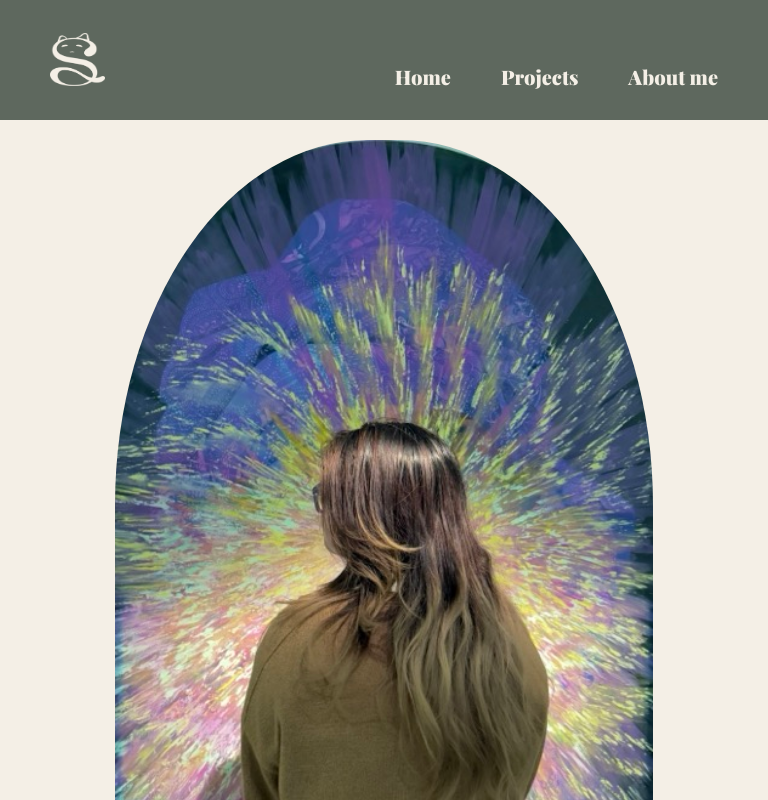
Repository: SandyLy453/portfolio
Page: /
An editor plug-in stored every save of this project. The page is shown before and after the next save, followed by the edit.
The browser window is 768 px wide. The pictures show the whole page.
An inner scrolling area shows only its first screen. The project was rebuilt for these pictures with package versions that can differ from the ones it lists, and the page was loaded fresh each time. The framework's server and built-in components were replaced by stand-ins that run in the browser. Also part of the build but not shown: next.config.mjs, modules/Footer/Footer.module.css, modules/Footer/Footer.js, modules/ProjectCard/ProjectCard.module.css, modules/ProjectCard/Projectcard.js.

Above is the page before, as saved 2025-02-17 16:49:46.

### pages/_app.js
import { useEffect } from "react";
import { useRouter } from "next/router";
import { Playfair_Display, Sen } from 'next/font/google';
import '../styles/globals.css';

const playfairDisplay = Playfair_Display({
  weight: ['400', '900'],
  style: ['normal', 'italic'],
  subsets: ['latin'],
});

const sen = Sen({
  weight: ['400', '700', '800'],
  subsets: ['latin'],
});

export default function App({ Component, pageProps }) {

  const router = useRouter();

  useEffect(() => {
    const handleRouteChangeComplete = (url) => {
        if (url.startsWith("/projects")) {
            window.location.reload();
        } else if (url.startsWith("/project")) {
          window.location.reload();
        }
    };

    router.events.on("routeChangeComplete", handleRouteChangeComplete);

    return () => {
        router.events.off("routeChangeComplete", handleRouteChangeComplete);
    };
}, [router]);


  return (
    <main className={`${playfairDisplay.className} ${sen.className}`}>
      <Component {...pageProps} />
    </main>
  )
}

### pages/_document.js
import { Html, Head, Main, NextScript } from "next/document";


export default function Document() {
  return (
    <Html lang="en">
      <Head>
        <title>San San's Tea Room</title>
        <link rel="icon" href="/favicon.ico" />

        <link rel="preconnect" href="https://fonts.googleapis.com" />
        <link rel="preconnect" href="https://fonts.gstatic.com" crossorigin="anonymous" />
        <link
          href="https://fonts.googleapis.com/css2?family=Playfair+Display:wght@400;900&family=Sen:wght@400;700;800&display=swap"
          rel="stylesheet"
        />
      </Head>
      <body>
        <Main />
        <NextScript />
      </body>
    </Html>
  );
}

### pages/index.js
import Image from "next/image";
import Link from "next/link";
import styles from "@/styles/Home.module.css";
import { useState, useEffect } from "react";
import Header from "@/modules/Header/Header";
import Footer from "@/modules/Footer/Footer";
import ProjectCard from "@/modules/ProjectCard/Projectcard";
import ShowCase from "@/modules/ShowCase/ShowCase";

export default function Home() {

  const projects = [
    {
      photos: ["/aether-cover.png"],
      alt: "Aether cover",
      title: "Aether",
      description: "Case Study - A AI-powered form-filling app",
      date: "September 2024 - December 2024",
      link: "/projects/Aether",
    },
    {
      photos: ["/post1.png", "/post2.png", "/post3.png"],
      alt: "Poster slides show",
      title: "Poster design",
      description:
        "Product design - Series of posters based on the anime/ manga Detective Conan.",
      date: "December 2024",
      link: "/projects/Poster",
    },
    {
      photos: ["/can1.png", "/can2.png", "/can3.png"],
      alt: "Can design slide show",
      title: "DiLo Tea Can",
      description: "Product design - Tea Can",
      date: "November 2024",
      link: "/projects/CanDesign",
    },
    {
      photos: ["/mockup2.png"],
      alt: "Magazine cover",
      title: "Magazine",
      description: "Magazine design - An architectural magazine",
      date: "November 2024",
      link: "/projects/Magazine",
    },
    {
      photos: ["/clotho.png"],
      alt: "Clotho app",
      title: "Clotho",
      description: "Clotho - A closet organize app",
      date: "March 2024 - May 2024",
      link: "/projects/Clotho",
    },
    {
      photos: ["/cam.png"],
      alt: "Camera vector graphic",
      title: "Mechanical Object Vector Graphic",
      description: "Using vector to draw mechanical objects",
      date: "December 2023",
      link: "/projects/MechanicalObject",
    },
  ];

  const [visibleProjects, setVisibleProjects] = useState(6);

  const roles = ["UX/UI Designer", "Digital Designer", "Web Developer"];
  const [text, setText] = useState("");
  const [index, setIndex] = useState(0);
  const [charIndex, setCharIndex] = useState(0);
  const [deleting, setDeleting] = useState(false);

  useEffect(() => {
    const currentRole = roles[index];

    let timeout;

    if (deleting) {
      timeout = setTimeout(() => {
        setText(currentRole.substring(0, charIndex - 1));
        setCharIndex((prev) => prev - 1);
      }, 50);
    } else {
      timeout = setTimeout(() => {
        setText(currentRole.substring(0, charIndex + 1));
        setCharIndex((prev) => prev + 1);
      }, 100);
    }

    if (!deleting && charIndex === currentRole.length) {
      setTimeout(() => setDeleting(true), 1000);
    } else if (deleting && charIndex === 0) {
      setDeleting(false);
      setIndex((prevIndex) => (prevIndex + 1) % roles.length);
    }

    return () => clearTimeout(timeout);
  }, [charIndex, deleting, index, roles]);

  return (
    <>
      <Header/>

      <main className={styles.main}>
        <div className={styles.top}>
          <div className={styles.image}>
            <Image src={'/cover.jpeg'} alt="cover photo" className={styles.coverPhoto} width={300} height={420} />
          </div>

          <div className={styles.info}>
            <p className={styles.role}>Hello!</p>
            <p className={styles.role}>I am <span className={styles.name}>Sandy</span>, a</p>
            <p className={styles.role}>
              {text}
              <span className={styles.cursor}>|</span>
            </p>
            <Image src={'/hi.GIF'} alt="greeting gif" className={styles.gif} width={294} height={129} />
          </div>
        </div>

        <ShowCase/>

        <div className={styles.sectionBreaker}>
          <span> Let's connect! </span>
        </div>

        <div className={styles.connect}>
          <Link
            className={styles.link}
            href={"mailto:sandy.lyth453@gmail.com"}
            target="_blank"
          >
            <p className={styles.connectInfo}>Email</p>
          </Link>
          <Link
            className={styles.link}
            href={"https://www.instagram.com/sansan_lyth?igsh=MThxOTR1ZTlyY3R1dw%3D%3D&utm_source=qr"}
            target="_blank"
          >
            <p className={styles.connectInfo}>Instagram</p>
          </Link>
          <Link
            className={styles.link}
            href={"https://www.linkedin.com/in/boisan-sandy-ly/"}
            target="_blank"
          >
            <p className={styles.connectInfo}>LinkedIn</p>
          </Link>
          <Link
            className={styles.link}
            href={"/Sandy_Ly_Resume.pdf"}
            target="_blank"
          >
            <p className={styles.connectInfo}>Resume</p>
          </Link>
        </div>
      </main>

      <footer className={styles.footer}>
        <p className={styles.copyright}>© Made by Sandy Ly • 2025</p>
      </footer>
    </>
  );
}

### styles/globals.css
:root {
  --mauveMorn: #ecd6d6;
  --mauveShadow: #B59BA6;
  --moss: #5E7975;
  --brightWhite: #f5f7f6;
  --white: #fff;

  --spaBlue: #D3DEDF;
  --forest: #5E685E;
  --midnight: #3D4D55;
  --stormCloud: #676767;
  --cream: #f4EFE6;
  --cloud: #FEFCF6;
}

html,
body {
  padding: 0;
  margin: 0;
  background-color: #f5f7f6;
  width: 100vw;
  height: 100vh;
  overflow-x: hidden;
  scroll-behavior: auto;

  font-family: "Playfair Display", serif;
  font-optical-sizing: auto;
  color: var(--stormCloud);
  cursor: url('/hehe.webp') 16 16, auto;
}

header {
  margin: 0;
  padding: 0;
  box-sizing: border-box;
}

* {
  margin: 0;
  padding: 0;
  box-sizing: border-box; /* Reset styles for all elements */
}

h1, h2, h3, h4, h5, span {
  font-family: "Playfair Display", serif;
}

a, button {
  cursor: url('/haha.webp') 16 16, pointer;
}

### styles/Home.module.css
.page {
  margin: 0;
  padding: 0;
}

.main {
  min-height: 100vh;
  width: 70vw;
  margin: auto;
  margin-top: 0;
  margin-top: 120px;
}

.top {
  width: 100%;
  min-height: 480px;
  background-color: var(--cream);
  align-items: center;
  display: flex;
  flex-direction: row;
  padding: 0;
  flex-wrap: wrap;
  justify-content: center;
}

.coverPhoto {
  border-radius: 47% 47% 0 0;
  margin: 0 6rem;
  position: relative;
  bottom: -30px;
}

.info {
  text-align: center;
  margin-top: 100px;
  width: 30vw;
}

.name {
  font-size: 54px;
  color: #C69491;
  font-weight: 600;
  font-family: "Playfair Display", serif;
}

.role {
  font-size: 44px;
  color: #7D9094;
  font-weight: 500;
}

.loca {
  font-size: 20px;
  color: #7D9094;
  padding-top: 10px;
}

.gif {
  position: relative;
  bottom: -36px;
}


.sectionBreaker {
  display: flex;
  align-items: center;
  justify-content: center;
  margin: 40px 0;
  position: relative;
}

.sectionBreaker::before,
.sectionBreaker::after {
  content: "";
  flex: 1;
  height: 2px;
  background: #d3d3d3;
  margin: 0;
}

.sectionBreaker span {
  color: #7D9094;
  margin: 0 10px;
  font-size: 20px;
  font-style: italic;
}

.pjSection {
  display: flex;
  flex-direction: row;
  flex-wrap: wrap;
  justify-content:space-between;
  align-items: flex-start;
  margin: 0 auto;
  margin-bottom: 50px;
  gap: 1rem;
  max-width: 1350px;
}

.connect {
  margin-bottom: 200px;
}

.link {
  text-decoration: none;
  color: var(--mauveShadow);
  width: 100%;
  font-weight: 500;
}

.link:hover {
  color: var(--forest);
  font-weight: 900;
}

.connectInfo {
  font-size: 54px;
  margin: 20px 0;
  font-family: "Playfair Display", serif;
  position: relative;
  display: inline-block;
  padding: 10px 20px;
  text-decoration: none;
  width: 100%;
  overflow: hidden;
  transition: color 0.3s ease-in-out, font-weight 0.3s ease-in-out;
  font-weight: 500;
}

/* Background gradient effect */
.connectInfo::before {
  content: "";
  position: absolute;
  top: 0;
  left: -100%;
  width: 100%;
  height: 100%;
  background: linear-gradient(to right, rgba(0, 0, 0, 0.1), rgba(0, 0, 0, 0.3));
  transition: left 0.4s ease-in-out;
  z-index: -1; /* Ensure background does not cover text */
}

/* Make background visible when hovering */
.connectInfo:hover::before,
.connectInfo:active::before {
  left: 0;
}

/* Text color and weight on hover */
.connectInfo:hover {
  color: var(--forest); /* Hover text color */
  font-weight: 900;
}

/* Arrow effect */
.connectInfo::after {
  content: " →";
  opacity: 0;
  position: absolute;
  right: 10px;
  top: 50%;
  transform: translateY(-50%);
  transition: opacity 0.3s ease-in-out, transform 0.3s ease-in-out;
  color: var(--forest); /* Match hover color */
}

/* Show arrow and move slightly right when hovering */
.connectInfo:hover::after,
.connectInfo:active::after {
  opacity: 1;
  transform: translate(8px, -50%);
}


.footer {
  margin-bottom: 20px;
}

.copyright {
  text-align: center;
  font-style: italic;
  color: var(--forest);
  width: 100%;
}





@media screen and (max-width: 1460px) {
  .pjSection {
    gap: 20px;
  }

  .main {
    width: 80vw;
  }

  .coverPhoto {
    margin: 0 1rem;
    bottom: -32px;
  }

  .info {
    margin-top: 50px;
  }

  .gif {
    bottom: -6.4rem;
  }

  .name {
    font-size: 36px;
  }

  .role {
    font-size: 20px;
  }

  .loca {
    font-size: 18px;
  }

  .pjSection {
    gap: 15px;
    justify-content: center;
  }
}



@media screen and (max-width: 768px) {
  .main {
    width: 100vw;
  }

  .coverPhoto {
    margin: 0 auto;
    bottom: -20px;
    width: 70vw;
    height: auto;
  }

  .info {
    margin-top: 50px;
    width: 90vw;
  }

  .name {
    font-size: 36px;
  }

  .role {
    font-size: 20px;
  }

  .loca {
    font-size: 18px;
  }

  .pjSection {
    gap: 15px;
    justify-content: center;
  }

  .gif {
    position: relative;
    bottom: -4px;
    margin-top: 10px;
  }
}

### modules/Header/Header.js
import Image from "next/image";
import Link from "next/link";
import styles from './Header.module.css'
import { useState, useRef } from "react";

export default function Header () {
    const audioRef = useRef(null);
    const [menuOpen, setMenuOpen] = useState(false);

    const playSound = () => {
        if (audioRef.current) {
            audioRef.current.currentTime = 0;
            audioRef.current.play().catch(error => console.log("Audio playback error:", error));
        }
    };

    return (
        <header className={styles.header}>
            <div className={styles.logo}>
                <Link href={'/'}>
                    <Image
                        src={'/logo.png'}
                        alt="logo"
                        className={styles.logo}
                        width={55}
                        height={53}
                        onMouseEnter={playSound}
                    />
                </Link>
            </div>

            {/* Full menu for large screens */}
            <nav className={`${styles.menu} ${menuOpen ? styles.menuOpen : ""}`}>
                <p className={styles.menuOption}><Link href={'/'} className={styles.link}>Home</Link></p>
                <p className={styles.menuOption}><Link href={'/project'} className={styles.link}>Projects</Link></p>
                <p className={styles.menuOption}><Link href={'/about'} className={styles.link}>About me</Link></p>
            </nav>

            {/* Hamburger Menu Icon (Only visible on small screens) */}
            <button className={styles.hamburger} onClick={() => setMenuOpen(!menuOpen)}>
                <Image
                    src={'/menuIcon.png'}
                    alt="Menu"
                    width={40}
                    height={40}
                />
            </button>

            <audio ref={audioRef} src="/cat.wav" preload="auto"></audio>
        </header>
    )
}

### modules/ShowCase/ShowCase.js
import Image from "next/image";
import { useState, useEffect, useRef } from "react";
import styles from './ShowCase.module.css';
import Link from "next/link";

export default function ShowCase() {
    const tags = ["Me", "UX/UI", "Graphic"];
    const images = {
        "Me": "/me.png",
        "UX/UI": "/uxui.png",
        "Graphic": "/3can.png",
    };
    const bigText = ["Sandy", "App Design", "Graphic Design"];
    const smallText = [
        "",
        "",
        ""
    ];
    const linkPath = ["/about", "/project", "/project"];
    const linkText = ["About Me →", "See More Project →", "See More Project →"];

    const [activeIndex, setActiveIndex] = useState(0);
    const [isFading, setIsFading] = useState(false);
    const [isPaused, setIsPaused] = useState(false);
    const intervalRef = useRef(null);

    const startLoop = () => {
        clearInterval(intervalRef.current);
        intervalRef.current = setInterval(() => {
            setIsFading(true);
            setTimeout(() => {
                setActiveIndex((prevIndex) => (prevIndex + 1) % tags.length);
                setIsFading(false);
            }, 500);
        }, 4000);
    };

    useEffect(() => {
        if (!isPaused) startLoop();
        return () => clearInterval(intervalRef.current);
    }, [isPaused]);

    const handlePause = (index) => {
        clearInterval(intervalRef.current);
        setIsPaused(true);
        setActiveIndex(index);
        setIsFading(false);
    };

    const handleResume = () => {
        setIsPaused(false);
    };

    return (
        <div className={styles.container}>
            <div className={styles.tagBox}>
                {tags.map((tag, index) => (
                    <div
                        key={tag}
                        className={`${styles.tag} ${activeIndex === index ? styles.active : ""}`}
                        onMouseEnter={() => handlePause(index)}
                        onMouseLeave={handleResume}
                        onTouchStart={() => handlePause(index)}
                        onTouchEnd={handleResume}
                    >
                        <p>{tag}</p>
                    </div>
                ))}
            </div>

            <div className={styles.right}>
                <div className={styles.photoBox}>
                    <Image
                        key={tags[activeIndex]}
                        src={images[tags[activeIndex]]}
                        alt={tags[activeIndex]}
                        width={600}
                        height={460}
                        className={`${styles.photo} ${isFading ? styles.fadeOut : styles.fadeIn}`}
                    />

                    <div className={styles.gradient}></div>
                    <div className={styles.text}>
                        <p className={styles.big}>{bigText[activeIndex]}</p>
                        <p className={styles.small}>{smallText[activeIndex]}</p>
                        <Link href={linkPath[activeIndex]} className={styles.littleLink}>
                            {linkText[activeIndex]}
                        </Link>
                    </div>
                </div>

                {/* <div className={styles.loadMoreContainer}>
                    <Link href="/project" passHref>
                        <button className={styles.loadMoreButton}>
                            More Projects
                        </button>
                    </Link>
                </div> */}
            </div>
        </div>
    );
}

### modules/Header/Header.module.css
.header {
    margin:0;
    margin-left: auto;
    margin-right: auto;
    width: 70vw;
    height: 120px;
    background-color: var(--forest);
    padding: 20px 50px ;
    padding-bottom: 30px;

    display: flex;
    flex-direction: row;
    justify-content: space-between;
    align-items: flex-end;
    position: fixed;
    right: 15vw;
    top: 0;
    z-index: 999;
}

.menu {
    display: flex;
    flex-direction: row;
    gap: 50px;
}

.menuOption {
    font-size: 20px;
    font-weight: 600;
}

.link {
    text-decoration: none;
    color: var(--cream);
    font-family: "Playfair Display", serif;
}

.link:hover {
    color: var(--midnight);
}

.hamburger {
    display: none;
    background: none;
    border: none;
    cursor: pointer;
}


@media screen and (max-width: 1460px) {
    .header {
        width: 80vw;
        right: 10vw;
    }
}

@media screen and (max-width: 768px) {
    .header {
        width: 100vw;
        right: 0;
    }
}

### modules/ShowCase/ShowCase.module.css
.container {
    margin: auto;
    margin-top: 50px;
    display: flex;
    flex-direction: row;
    justify-content: center;
    align-items: center;
    gap: 30px;
}

.tagBox {
    display: flex;
    justify-content: center;
    align-items: center;
    flex-direction: column;
}

.tag, .active {
    width: 100px;
    height: 100px;
    background-color: var(--cream);
    border-radius: 50%;
    display: flex;
    justify-content: center;
    align-items: center;
    margin: 10px;
    cursor: url('/haha.webp') 16 16, pointer;
    transition: background-color 0.3s ease-in-out, transform 0.2s ease-in-out;
}

.tag:hover, .active {
    background-color: var(--forest);
    transform: scale(1.05);
}

.tag p, .active p {
    color: var(--mauveShadow);
    opacity: 80%;
}

.tag:hover p, .active p {
    color: var(--mauveMorn);
    opacity: 100%;
}

.photoBox {
    width: 50vw;
    max-width: 1000px;
    aspect-ratio: 20 / 11;
    position: relative;
    display: flex;
    align-items: center;
    justify-content: center;
    overflow: hidden;
}

.photo {
    width: 100%;
    height: 100%;
    border-radius: 20px;
    object-fit: cover;
    position: absolute;
    transition: opacity 0.5s ease-in-out;
}

.fadeIn {
    opacity: 1;
}

.fadeOut {
    opacity: 0;
}

.loadMoreContainer {
    margin-top: 20px;
    display: flex;
    flex-direction: column;
    justify-content: flex-end;
    align-items: flex-end;
  }

  .loadMoreButton {
    height: 40px;
    width: 150px;
    background-color: var(--cream);
    color: var(--forest);
    border: 1px solid var(--forest);
    font-size: 18px;
    align-items: center;
    border-radius: 10px;
    margin-bottom: 50px;
  }

  .loadMoreButton:hover {
    background-color: var(--forest);
    color: var(--cream);
  }

  .gradient {
    position: absolute;
    top: 0;
    left: 0;
    width: 100%;
    height: 100%;
    background: linear-gradient(360deg, rgba(2,0,36,1) 0%, rgba(255,255,255,0) 55%);
    z-index: 2;
    pointer-events: none;
    border-radius: 20px;
}

.text {
    position: absolute;
    bottom: 0;
    right: 0;
    width: 100%;
    padding: 20px;
    color: white;
    z-index: 3;
    width: 50vw;
    max-width: 1000px;
    text-align: right;
}

.littleLink {
    text-decoration: underline;
    color: white;
    font-style: italic;
    margin: 20px 0;
}

.big {
    font-family: "Playfair Display", serif;
    font-size: 18px;
    margin: 15px 0;
    font-weight: 700;
}

.small {
    font-size: 15px;
    margin: 15px 0;
}

Loaded but not shown: pages/api/hello.js (common file)

After the next save:
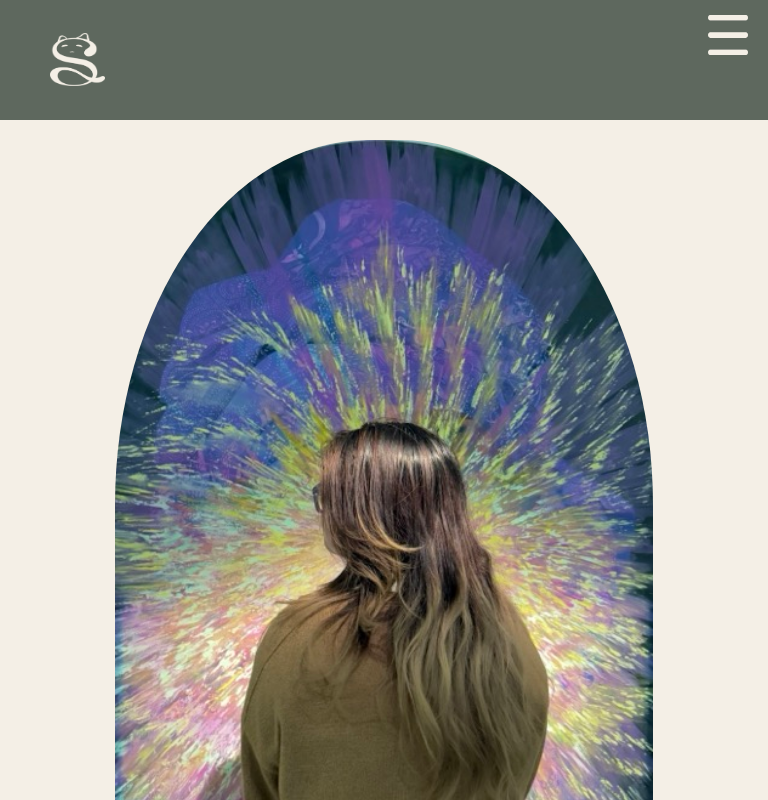
Saved 32 s later.
--- a/modules/Header/Header.module.css
+++ b/modules/Header/Header.module.css
@@ -59,4 +59,34 @@
         width: 100vw;
         right: 0;
     }
+
+    .hamburger {
+        display: block;
+        position: absolute;
+        right: 20px;
+        top: 15px;
+        z-index: 10;
+    }
+
+    .menu {
+        display: none;
+        position: absolute;
+        top: 60px;
+        right: 20px;
+        background: white;
+        flex-direction: column;
+        gap: 15px;
+        padding: 15px;
+        border-radius: 5px;
+        box-shadow: 0px 4px 6px rgba(0, 0, 0, 0.1);
+        opacity: 0;
+        transform: translateY(-10px);
+        transition: opacity 0.3s ease, transform 0.3s ease;
+    }
+
+    .menuOpen {
+        display: flex;
+        opacity: 1;
+        transform: translateY(0);
+    }
 }
